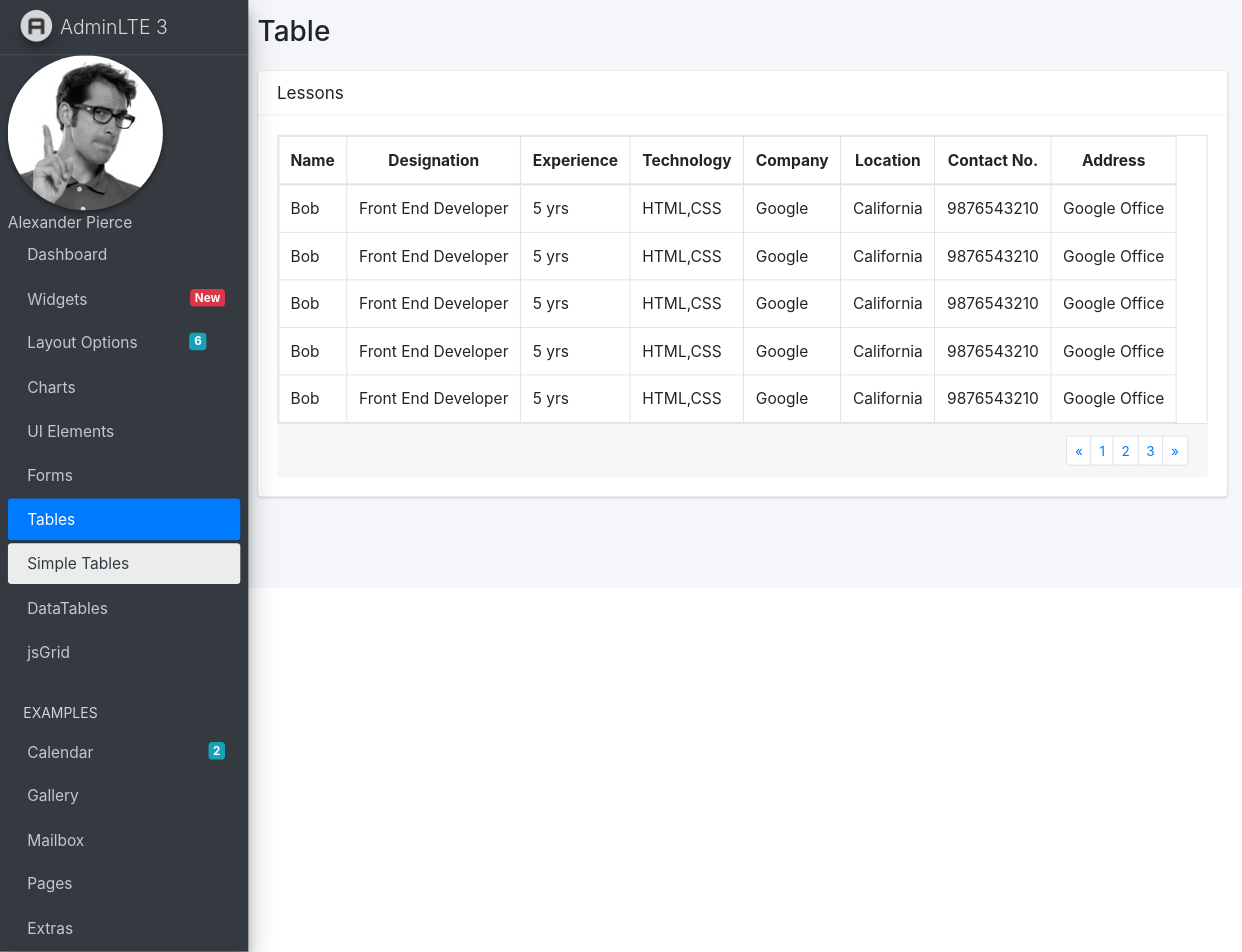
Repository: huyennvo/table
Page: http://localhost/table/students
An editor plug-in stored every save of this project. The page is shown before and after the next save, followed by the edit.
The browser window is 1280 px wide. The pictures show the whole page, at 97% of full size.
Some web fonts or font styles are not loaded; a fallback is used. The page is served by the project's Laravel application, run on PHP 8.4 with Laravel 8. Other server files are loaded and not shown.

Above is the page before, as saved 2022-08-11 20:34:08.

### routes/web.php
<?php

use Illuminate\Support\Facades\Route;

/*
|--------------------------------------------------------------------------
| Web Routes
|--------------------------------------------------------------------------
|
| Here is where you can register web routes for your application. These
| routes are loaded by the RouteServiceProvider within a group which
| contains the "web" middleware group. Now create something great!
|
*/

Route::get('/table', function () {
    return view('index');
});

Route::get('/table/courses', function () {
    return view('courses');
});

Route::get('/table/lessons', function () {
    return view('lessons');
});

Route::get('/table/students', function () {
    return view('students');
});

### resources/views/students.blade.php
@extends('layouts.content-header')
@section('content-body')


<section class="content">
      <div class="container-fluid">
        <div class="row">
          <div class="col-md-12">
            <div class="card">
              <div class="card-header">
                <h3 class="card-title">Lessons</h3>
              </div>
              <!-- /.card-header -->
              <div class="card-body">

                <div class="table table-bordered">
  <div class="table-scroll">
    <table class="table-main">
        <thead>
            <tr>
                <th class="fix-col">Name</th>
                <th>Designation</th>
                <th>Experience</th>
                <th>Technology</th>
                <th>Company</th>
                <th>Location</th>
                <th>Contact No.</th>
                <th>Address</th>

            </tr>
        </thead>
        <tbody>
            <tr>
                <td class="fix-col">Bob</td>
                <td>Front End Developer</td>
                <td>5 yrs</td>
                <td>HTML,CSS</td>
                <td>Google</td>
                <td>California</td>
                <td>9876543210</td>
                <td>Google Office</td>
            </tr>
            <tr>
                <td class="fix-col">Bob</td>
                <td>Front End Developer</td>
                <td>5 yrs</td>
                <td>HTML,CSS</td>
                <td>Google</td>
                <td>California</td>
                <td>9876543210</td>
                <td>Google Office</td>
            </tr>
            <tr>
                <td class="fix-col">Bob</td>
                <td>Front End Developer</td>
                <td>5 yrs</td>
                <td>HTML,CSS</td>
                <td>Google</td>
                <td>California</td>
                <td>9876543210</td>
                <td>Google Office</td>
            </tr>
            <tr>
                <td class="fix-col">Bob</td>
                <td>Front End Developer</td>
                <td>5 yrs</td>
                <td>HTML,CSS</td>
                <td>Google</td>
                <td>California</td>
                <td>9876543210</td>
                <td>Google Office</td>
            </tr>
            <tr>
                <td class="fix-col">Bob</td>
                <td>Front End Developer</td>
                <td>5 yrs</td>
                <td>HTML,CSS</td>
                <td>Google</td>
                <td>California</td>
                <td>9876543210</td>
                <td>Google Office</td>
            </tr>
        </tbody>
    </table>
</div>
              </div>
              <!-- /.card-body -->
              <div class="card-footer clearfix">
                <ul class="pagination pagination-sm m-0 float-right">
                  <li class="page-item"><a class="page-link" href="#">&laquo;</a></li>
                  <li class="page-item"><a class="page-link" href="#">1</a></li>
                  <li class="page-item"><a class="page-link" href="#">2</a></li>
                  <li class="page-item"><a class="page-link" href="#">3</a></li>
                  <li class="page-item"><a class="page-link" href="#">&raquo;</a></li>
                </ul>
              </div>
            </div>

          </div>

        </div>


        <!-- /.row -->

        <!-- /.row -->
      </div><!-- /.container-fluid -->
    </section>
    <!-- /.content -->
@endsection

### resources/views/layouts/content-header.blade.php
@extends('layouts.menu')
@section('content-header')
    <section class="content-header">
      <div class="container-fluid">
        <div class="row mb-2">
          <div class="col-sm-6">
            <h1>Table</h1>
          </div>
        </div>
      </div><!-- /.container-fluid -->
    </section>
@endsection

### resources/views/layouts/index.blade.php
<!DOCTYPE html>
<html>
<head>
  <meta charset="utf-8">
  <meta http-equiv="X-UA-Compatible" content="IE=edge">
  <title>Table</title>
  <meta name="viewport" content="width=device-width, initial-scale=1">

  <link rel="stylesheet" href="{{asset('css/adminlte.min.css')}}">
  <link rel="stylesheet" href="{{asset('css/style.css')}}">
  <!-- Google Font: Source Sans Pro -->
  <link href="https://fonts.googleapis.com/css?family=Source+Sans+Pro:300,400,400i,700" rel="stylesheet">
</head>
<body class="hold-transition sidebar-mini">
<div class="wrapper">
@yield('menu')

<div class="content-wrapper">

@yield('content-header')

@yield('content-body')

</div>


  <!-- /.content-wrapper -->
  <!-- /.control-sidebar -->
</div>

</body>
</html>

### public/css/style.css
th {
    text-align: center;
}

.course-id {
    text-align: center;
}

.name {
    text-align: center;
}

#menu {
    background-color: #343A40;
    width: 20vw;
    /* height: 100% !important; */
    overflow: auto;
}

Loaded but not shown: public/css/adminlte.min.css (library); resources/views/layouts/menu.blade.php (477 lines, source omitted)

After the next save:
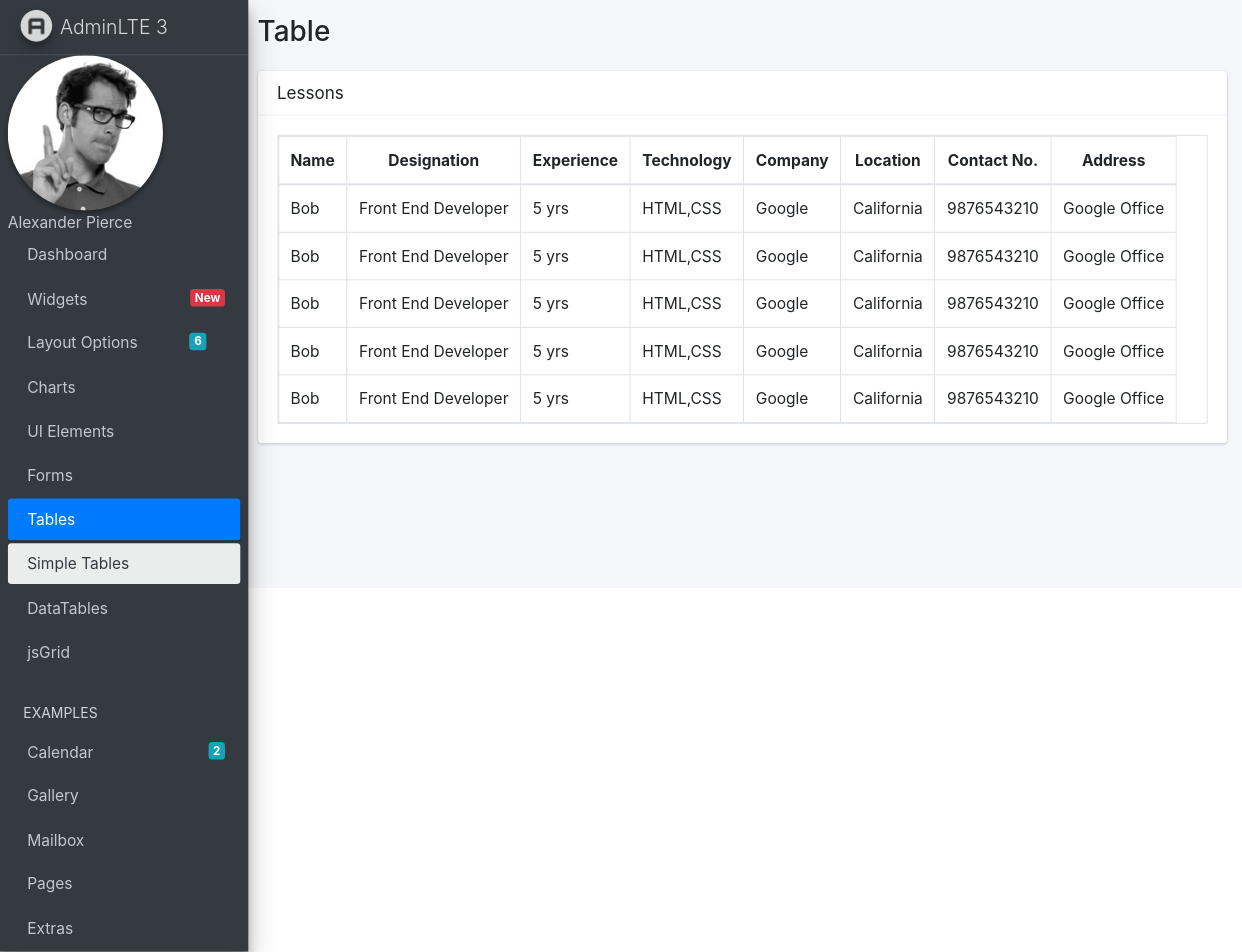
Saved 24 s later.
--- a/resources/views/students.blade.php
+++ b/resources/views/students.blade.php
@@ -85,15 +85,7 @@
 </div>
               </div>
               <!-- /.card-body -->
-              <div class="card-footer clearfix">
-                <ul class="pagination pagination-sm m-0 float-right">
-                  <li class="page-item"><a class="page-link" href="#">&laquo;</a></li>
-                  <li class="page-item"><a class="page-link" href="#">1</a></li>
-                  <li class="page-item"><a class="page-link" href="#">2</a></li>
-                  <li class="page-item"><a class="page-link" href="#">3</a></li>
-                  <li class="page-item"><a class="page-link" href="#">&raquo;</a></li>
-                </ul>
-              </div>
+
             </div>
 
           </div>
